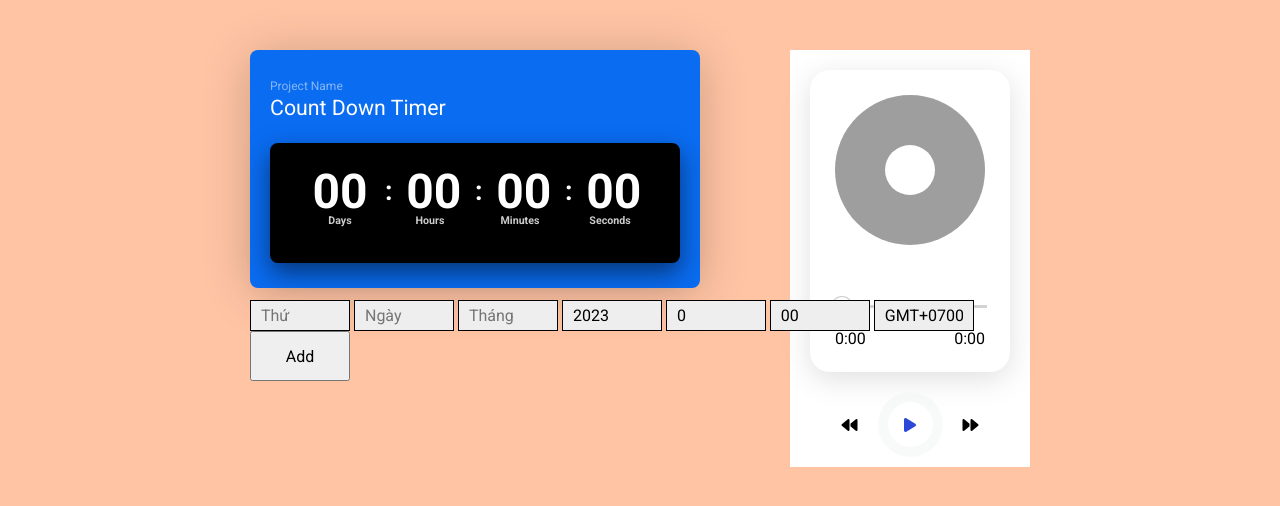
Repository: thuanpham00/CountDownTimer
Page: index.html
The author's editor kept a copy of each file at every save. The page is drawn from the files as they stood at one save, then again after the next save.
The browser window is 1280 px wide. The pictures show the whole page.
Pictures or frames that could not be fetched are drawn as grey boxes. Some web libraries are served in a nearby version. The style sheet was rebuilt from its Sass, Less or Tailwind sources for each picture, by a compiler version that may differ from the author's.

Above is the page before, as saved 2023-09-27 15:35:26.

### index.html
<!DOCTYPE html>
<html lang="en">
    <head>
        <meta charset="UTF-8" />
        <meta name="viewport" content="width=device-width, initial-scale=1.0" />
        <title>Count Down</title>
        <link rel="preconnect" href="https://fonts.googleapis.com" />
        <link rel="preconnect" href="https://fonts.gstatic.com" crossorigin />
        <link
            href="https://fonts.googleapis.com/css2?family=Roboto:wght@300;400;500;700;900&display=swap"
            rel="stylesheet"
        />
        <script src="https://kit.fontawesome.com/3115b3f4f1.js"></script>
        <link rel="stylesheet" href="./assets/css/main.css" />
    </head>
    <body>
        <div class="timer">
            <div class="timer-wrapper">
                <div>
                    <label class="timer-title">Project Name</label>
                    <label class="timer-name">Count Down Timer</label>
                </div>
                <div class="counter">
                    <div class="days">
                        <div class="value" id="days">00</div>
                        <span>Days</span>
                    </div>

                    <div class="hours">
                        <div class="value" id="hours">00</div>
                        <span>Hours</span>
                    </div>

                    <div class="minutes">
                        <div class="value" id="minutes">00</div>
                        <span>Minutes</span>
                    </div>

                    <div class="seconds">
                        <div class="value" id="seconds">00</div>
                        <span>Seconds</span>
                    </div>
                </div>
            </div>
            <div class="player">
                <div class="player-box">
                    <div class="player-media">
                        <img
                            src="https://cdn.dribbble.com/users/3960463/screenshots/14630140/media/c79331860d7ca1b97430a4888617f428.png?compress=1&resize=800x600"
                            alt=""
                            class="player-image"
                        />
                    </div>
                    <div class="progress">
                        <input
                            type="range"
                            id="progress-bar"
                            min="0"
                            max=""
                            value="0"
                            class="bar"
                        />
                        <audio src="./files/holo.mp3" id="song"></audio>
                    </div>
                    <div class="player-number">
                        <span class="player-remaining">0:00</span>
                        <span class="player-duration">0:00</span>
                    </div>
                </div>
                <div class="player-tool">
                    <i class="fa fa-backward player-prev"></i>
                    <i class="fa fa-play player-play"></i>
                    <i class="fa fa-forward player-next"></i>
                </div>
            </div>
        </div>
        <form class="form-timer">
            <input type="text" name="day" placeholder="Thứ" class="dayInput" />
            <input
                type="text"
                name="date"
                placeholder="Ngày"
                class="dateInput"
            />
            <input
                type="text"
                name="month"
                placeholder="Tháng"
                class="monthInput"
            />
            <input
                type="number"
                name="year"
                placeholder="Năm"
                value="2023"
                class="yearInput"
            />
            <input
                type="number"
                name="hour"
                placeholder="Giờ"
                class="hourInput"
                value="0"
            />
            <input
                type="number"
                name="minute"
                placeholder="Phút"
                class="minuteInput"
                value="00"
            />
            <input
                type="text"
                name="GMT"
                value="GMT+0700 (Indochina Time)"
                class="hourInput"
            />
            <button class="todo__submit" type="submit">Add</button>
        </form>
        <script src="./assets/js/main.js"></script>
    </body>
</html>

### assets/js/main.js
window.addEventListener("load", function () {
    const daysText = document.querySelector("#days");
    const hoursText = document.querySelector("#hours");
    const minutesText = document.querySelector("#minutes");
    const secondsText = document.querySelector("#seconds");

    function setTimer(
        dayInput,
        monthInput,
        dateInput,
        yearInput,
        hourInput,
        minuteInput,
        gmtInput
    ) {
        let currentTime = new Date().getTime();
        const endTime = new Date(
            yearInput,
            getMonthIndex(monthInput),
            dateInput,
            hourInput,
            minuteInput
        ).getTime();

        if (isNaN(endTime) || endTime - currentTime <= 0) return;
        setInterval(changeTimer, 500);
        changeTimer();

        function changeTimer() {
            let days, hours, minutes, seconds;
            const now = new Date();
            let startTime = now.getTime();
            let countDown = parseInt((endTime - startTime) / 1000);
            if (countDown > 0) {
                days = parseInt(countDown / 86400);
                countDown = countDown % 86400;
                hours = parseInt(countDown / 3600);
                countDown = countDown % 3600;
                minutes = parseInt(countDown / 60);
                countDown = countDown % 60;
                seconds = parseInt(countDown);

                daysText.textContent = `${days}`.slice(-2);
                hoursText.textContent = `${hours}`.slice(-2);
                minutesText.textContent = `${minutes}`.slice(-2);
                secondsText.textContent = `${seconds}`.slice(-2);
            }
        }

        function getMonthIndex(monthName) {
            const months = [
                "Jan",
                "Feb",
                "Mar",
                "Apr",
                "May",
                "Jun",
                "Jul",
                "Aug",
                "Sep",
                "Oct",
                "Nov",
                "Dec",
            ];
            return months.indexOf(monthName);
        }
    }

    const formTimer = document.querySelector(".form-timer");
    formTimer.addEventListener("submit", function (e) {
        e.preventDefault();
        const dayInput = this.elements["day"].value;
        const monthInput = this.elements["month"].value;
        const dateInput = parseInt(this.elements["date"].value);
        const yearInput = parseInt(this.elements["year"].value);
        const hourInput = parseInt(this.elements["hour"].value);
        const minuteInput = parseInt(this.elements["minute"].value);
        const gmtInput = this.elements["GMT"].value;
        setTimer(
            dayInput,
            monthInput,
            dateInput,
            yearInput,
            hourInput,
            minuteInput,
            gmtInput
        );
    });
});

### scss/main.scss
html,
body,
div,
span,
applet,
object,
iframe,
h1,
h2,
h3,
h4,
h5,
h6,
p,
blockquote,
pre,
a,
abbr,
acronym,
address,
big,
cite,
code,
del,
dfn,
em,
img,
ins,
kbd,
q,
s,
samp,
small,
strike,
strong,
sub,
sup,
tt,
var,
b,
u,
i,
center,
dl,
dt,
dd,
ol,
ul,
li,
fieldset,
form,
label,
legend,
table,
caption,
tbody,
tfoot,
thead,
tr,
th,
td,
article,
aside,
canvas,
details,
embed,
figure,
figcaption,
footer,
header,
hgroup,
menu,
nav,
output,
ruby,
section,
summary,
time,
mark,
audio,
video {
    margin: 0;
    padding: 0;
    border: 0;
    font-size: 100%;
    font: inherit;
    vertical-align: baseline;
}
/* HTML5 display-role reset for older browsers */
article,
aside,
details,
figcaption,
figure,
footer,
header,
hgroup,
menu,
nav,
section {
    display: block;
}
body {
    line-height: 1;
}
ol,
ul {
    list-style: none;
}
blockquote,
q {
    quotes: none;
}
blockquote:before,
blockquote:after,
q:before,
q:after {
    content: "";
    content: none;
}
table {
    border-collapse: collapse;
    border-spacing: 0;
}

*,
::after,
::before {
    box-sizing: border-box;
}

html {
    font-size: 62.5%;
}

body {
    font-size: 1.6rem;
    font-family: "Poppins", sans-serif;
}

input,
select,
textarea,
button {
    font-size: inherit;
    font-family: inherit;
}

$continer-color: #0a6cf1;
$continer-padding: 30px 20px 10px 20px;
body {
    font-family: "Roboto", sans-serif;
    background: #ffc4a4;
    user-select: none;
}

.timer {
    position: relative;
    min-height: 400px;

    &-wrapper {
        position: absolute;
        left: 250px;
        top: 50px;
        background-color: $continer-color;
        padding: $continer-padding;
        border-radius: 8px;
        color: #fff;
        min-width: 450px;
        box-shadow: 0 5px 50px rgba(0, 0, 0, 0.2);
    }

    label {
        display: block;
    }

    &-title {
        font-size: 9pt;
        opacity: 0.5;
    }

    &-name {
        font-size: 16pt;
        margin: 5px 0;
    }

    .counter {
        padding: 25px;
        margin: 25px 0 15px 0;
        background-color: #000;
        font-weight: 700;
        border-radius: 8px;
        box-shadow: 0 10px 25px rgba(0, 0, 0, 0.5);
        min-height: 120px;

        div {
            display: inline-block;
        }
        .days,
        .hours,
        .minutes,
        .seconds {
            width: 25%;
            float: left;
            text-align: center;
            .value {
                display: block;
                font-size: 36pt;
                width: 100%;
                display: block;
            }
            span {
                font-size: 8pt;
                opacity: 0.8;
                width: 100%;
                display: block;
            }
        }
        .hours::before,
        .minutes::before,
        .seconds::before {
            content: ":";
            float: left;
            font-size: 20pt;
            position: relative;
            margin-top: 10px;
            opacity: 0.7;
            animation: pink 1s ease-in-out infinite;
        }
    }

    .player {
        position: absolute;
        right: 250px;
        top: 50px;
        background-color: white;
        padding: 20px;
    }

    .player-box {
        box-shadow: rgba(100, 100, 111, 0.2) 0px 7px 29px 0px;
        padding: 25px;
        display: flex;
        align-items: center;
        justify-content: center;
        flex-direction: column;
        text-align: center;
        border-radius: 20px;
        max-width: 500px;
        margin: 0 auto 30px;
    }

    .player-media {
        position: relative;
        width: 150px;
        height: 150px;
        border-radius: 100rem;
        margin-bottom: 25px;
    }
    .player-media:before {
        content: "";
        width: 50px;
        height: 50px;
        background-color: white;
        border-radius: 100px;
        position: absolute;
        top: 50%;
        left: 50%;
        transform: translate(-50%, -50%);
        z-index: 10;
    }

    .player-image {
        width: 100%;
        height: 100%;
        object-fit: cover;
        border-radius: inherit;
    }

    .player-image.is-playing {
        animation: rotate 10s forwards infinite linear;
    }

    @keyframes rotate {
        to {
            transform: rotate(360deg);
        }
    }

    .progress {
        margin-bottom: 20px;
        margin-top: 25px;
    }

    .player-number {
        display: flex;
        justify-content: space-between;
        align-items: center;
        width: 100%;
    }

    .player-tool {
        display: flex;
        justify-content: center;
        align-items: center;
    }

    .player-play {
        color: #2b48d9;
        width: 45px;
        height: 45px;
        border-radius: 100rem;
        display: flex;
        justify-content: center;
        align-items: center;
        cursor: pointer;
        background-color: white;
        box-shadow: 0 0 0 10px rgba(242, 243, 244, 0.5);
        font-size: 16px;
        margin: 0 30px;
    }

    .player-next,
    .player-prev {
        cursor: pointer;
        font-size: 16px;
    }

    .progress {
        width: 100%;
        position: relative;
    }

    .bar {
        -webkit-appearance: none;
        width: 100%;
        height: 3px;
        background: #d3d3d3;
        outline: none;
        -webkit-transition: 0.2s;
        transition: opacity 0.2s;
    }

    .bar::-webkit-slider-thumb {
        -webkit-appearance: none;
        appearance: none;
        width: 10px;
        height: 10px;
        border-radius: 100rem;
        background-color: #2b48d9;
        box-shadow: 0 0 0 5px white, 0 0 0 6px #ccc;
    }

    /* .bar::-webkit-slider-thumb chọn phần tử con của phần tử có lớp bar mà là "thumb" của thanh trượt (slider)
     dành cho trình duyệt WebKit (chẳng hạn như Safari hoặc Chrome).

    .bar::-moz-range-thumb chọn phần tử con của phần tử có lớp bar mà là "thumb" của
    thanh trượt (slider) dành cho trình duyệt Firefox (Mozilla).
    */

    .bar::-moz-range-thumb {
        cursor: pointer;
        width: 10px;
        height: 10px;
        border-radius: 100rem;
        background-color: #2b48d9;
        box-shadow: 0 0 0 5px white, 0 0 0 6px #ccc;
    }
}

@keyframes pink {
    0% {
        opacity: 1;
    }
    50% {
        opacity: 0.5;
    }
    100% {
        opacity: 1;
    }
}

.form-timer {
    position: absolute;
    left: 250px;
    margin-top: -100px;
    max-width: 900px;

    input {
        width: 100px;
        padding: 5px 10px;
        outline: none;
        background: #eee;
        border: 1px solid #000;
    }

    button {
        width: 100px;
        height: 50px;
        display: block;
    }
}

After the next save:
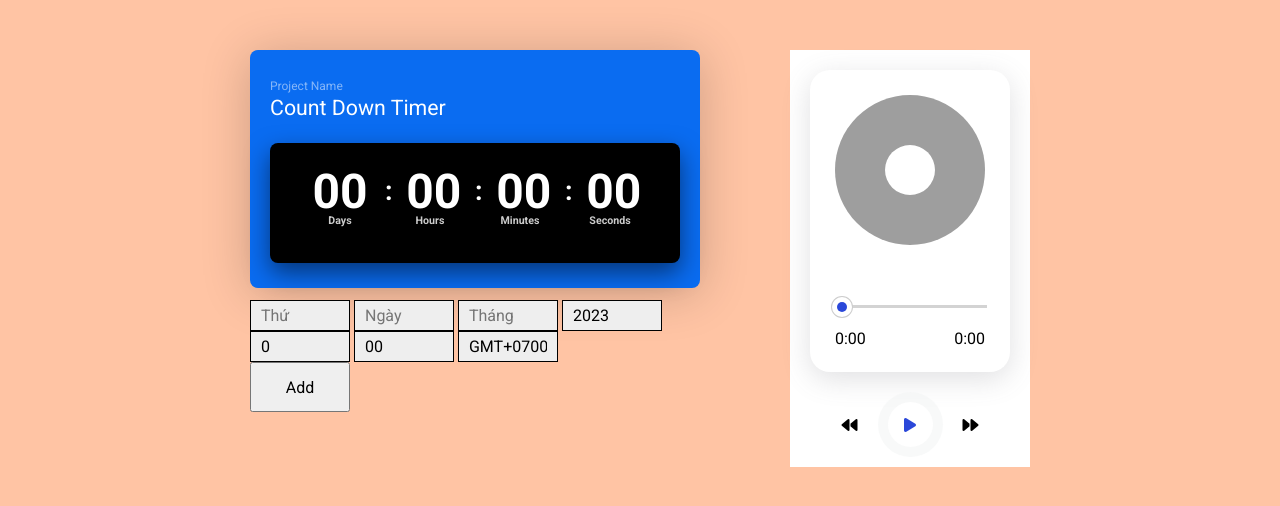
Saved 34 s later.
--- a/scss/main.scss
+++ b/scss/main.scss
@@ -384,7 +384,7 @@ body {
     position: absolute;
     left: 250px;
     margin-top: -100px;
-    max-width: 900px;
+    max-width: 500px;
 
     input {
         width: 100px;
